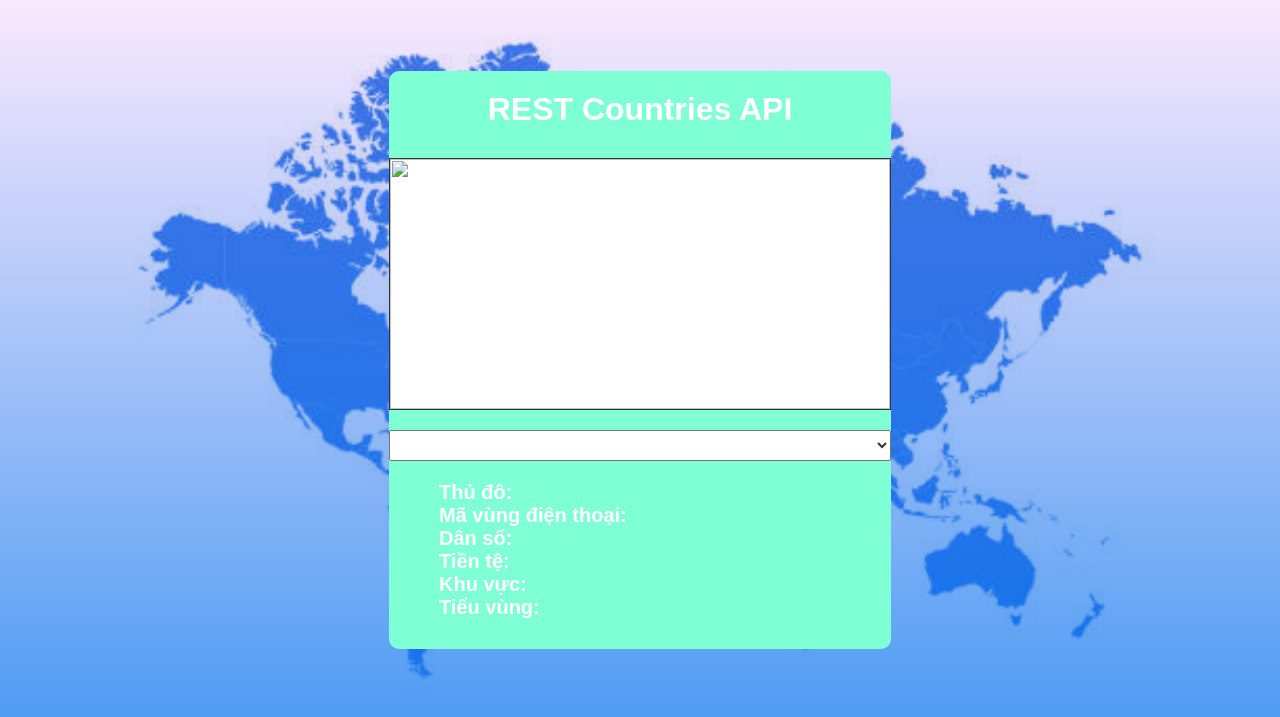
Repository: KhoaTran204/Rest-countries-api-app
Page: index.html
The author's editor kept a copy of each file at every save. The page is drawn from the files as they stood at one save, then again after the next save.
The browser window is 1280 px wide. The pictures show the whole page.
The page's requests for data from a server got no answer.

Above is the page before, as saved 2024-04-14 08:51:45.

After the next save:
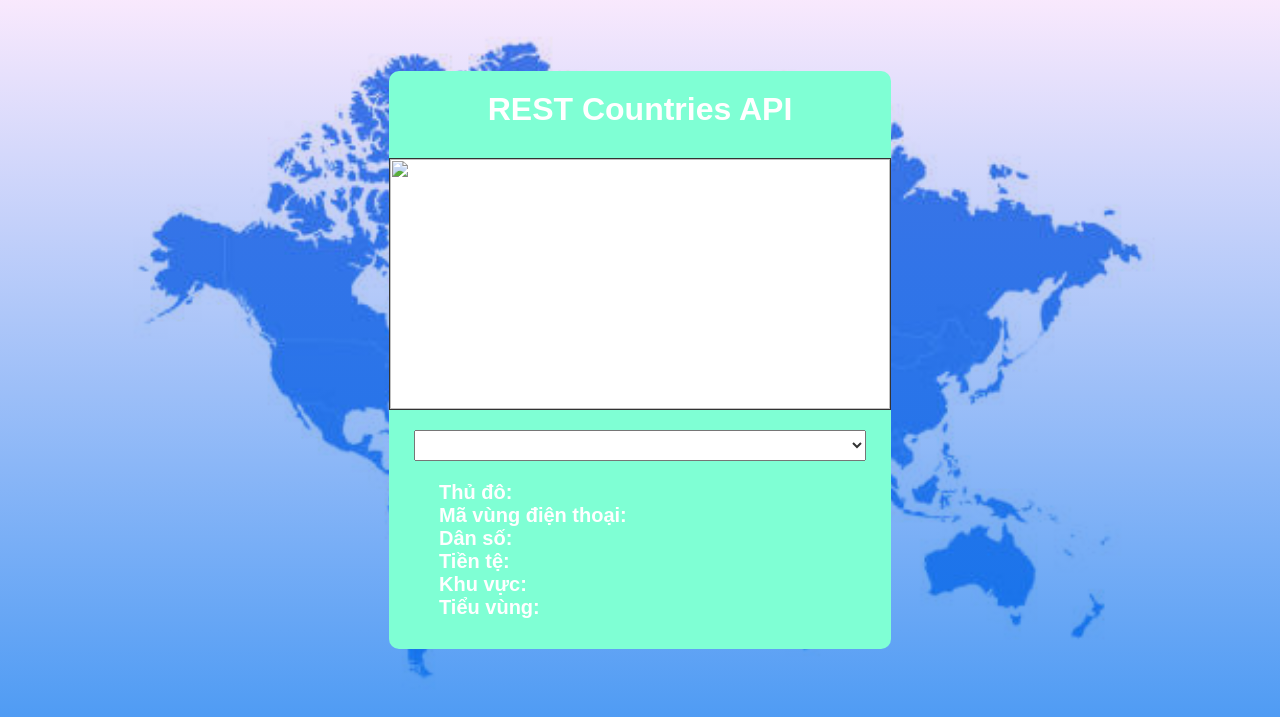
Saved 36 s later.
--- a/style.css
+++ b/style.css
@@ -62,7 +62,7 @@ body {
   display: block;
   margin: 20px auto;
   padding: 5px;
-  min-width: 100%;
+  min-width: 90%;
   color: #333;
   font-size: 15px;
   font-weight: 900;
